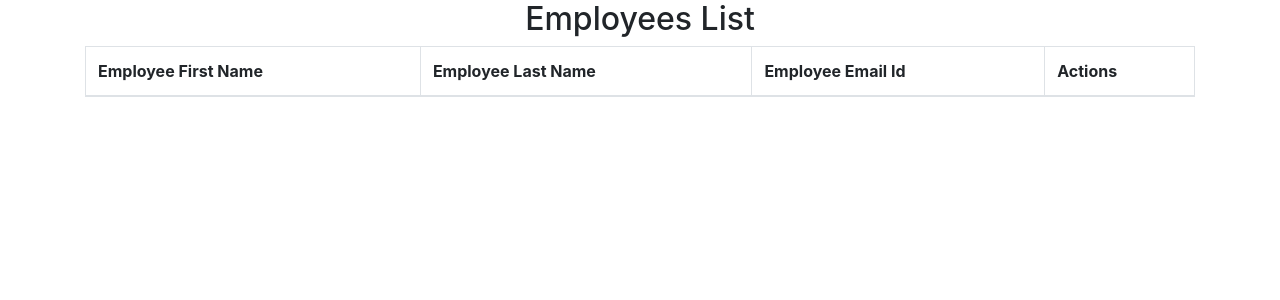
Repository: cavidk/react-springboot-crud-app-front
Page: / (app in react-fontend/)
These files come from the project's save history. The page is drawn as it stood at one moment and after a run of saves; the edit follows.
The browser window is 1280 px wide. The pictures show the whole page.
The page's requests for data from a server got no answer. The project was rebuilt for these pictures with package versions that can differ from the ones it lists, and the page was loaded fresh each time. No one was signed in, and anything a server would have sent is missing. Also part of the build but not shown: react-fontend/src/App.css.

Above is the page before, as saved 2022-09-17 18:13:51.

### react-fontend/public/index.html
<!DOCTYPE html>
<html lang="en">
  <head>
    <meta charset="utf-8" />
    <link rel="icon" href="%PUBLIC_URL%/favicon.ico" />
    <meta name="viewport" content="width=device-width, initial-scale=1" />
    <meta name="theme-color" content="#000000" />
    <meta
      name="description"
      content="Web site created using create-react-app"
    />
    <link rel="apple-touch-icon" href="%PUBLIC_URL%/logo192.png" />
    <!--
      manifest.json provides metadata used when your web app is installed on a
      user's mobile device or desktop. See https://developers.google.com/web/fundamentals/web-app-manifest/
    -->
    <link rel="manifest" href="%PUBLIC_URL%/manifest.json" />
    <!--
      Notice the use of %PUBLIC_URL% in the tags above.
      It will be replaced with the URL of the `public` folder during the build.
      Only files inside the `public` folder can be referenced from the HTML.

      Unlike "/favicon.ico" or "favicon.ico", "%PUBLIC_URL%/favicon.ico" will
      work correctly both with client-side routing and a non-root public URL.
      Learn how to configure a non-root public URL by running `npm run build`.
    -->
    <title>React App</title>
    <link rel="stylesheet" href="https://cdn.jsdelivr.net/npm/bootstrap@4.0.0/dist/css/bootstrap.min.css" integrity="sha384-Gn5384xqQ1aoWXA+058RXPxPg6fy4IWvTNh0E263XmFcJlSAwiGgFAW/dAiS6JXm" crossorigin="anonymous">
  </head>
  <body>
    <noscript>You need to enable JavaScript to run this app.</noscript>
    <div id="root"></div>
    <!--
      This HTML file is a template.
      If you open it directly in the browser, you will see an empty page.

      You can add webfonts, meta tags, or analytics to this file.
      The build step will place the bundled scripts into the <body> tag.

      To begin the development, run `npm start` or `yarn start`.
      To create a production bundle, use `npm run build` or `yarn build`.
    -->
  </body>
</html>

### react-fontend/src/index.js
import React from 'react';
import ReactDOM from 'react-dom/client';
import './index.css';
import App from './App';
import reportWebVitals from './reportWebVitals';


const root = ReactDOM.createRoot(document.getElementById('root'));
root.render(
    <React.StrictMode>
      <App />
    </React.StrictMode>
 );

// If you want to start measuring performance in your app, pass a function
// to log results (for example: reportWebVitals(console.log))
// or send to an analytics endpoint. Learn more: https://bit.ly/CRA-vitals
reportWebVitals();

### react-fontend/src/App.js

import './App.css';
import ListEmployeeComponent from './components/ListEmployeeComponent';

function App() {
  return (
    <div className="container">
    <ListEmployeeComponent />


    </div>
  );
}

export default App;

### react-fontend/src/components/ListEmployeeComponent.jsx
import React, { Component } from 'react'
import EmployeeService from '../services/EmployeeService'

export default class ListEmployeeComponent extends Component {
  constructor(props){
   super(props)

   this.state = {

      employees : []
   }
  }

    componentDidMount(){
       EmployeeService.getEmployees().then((res) => {
          this.setState({employees: res.data});

   });
  }

   render() {
    return (
      <div>
        <h2 className="text-center">Employees List</h2>
        <div className="row"></div>
        <table className="table table-striped table-bordered">
          <thead>
            <tr>
             <th>Employee First Name</th>
             <th>Employee Last Name</th>
             <th>Employee Email Id</th>
             <th>Actions</th>
            </tr>
          </thead>
            <tbody>
               {
                 this.state.employees.map(
                   employee =>
                   <tr key = {employee.id}>
                       <td>{employee.firstName}</td>
                       <td>{employee.lastName}</td>
                       <td>{employee.emailId}</td>
                   </tr>
                 )
               }
            </tbody>
         </table>
      </div>
    )
  }
}

### react-fontend/src/services/EmployeeService.js
import axios from 'axios';

const EMPLOYEE_APP_BASE_URL = "http://localhost:8080/api/v1/employees";

class EmployeeService{
   getEmployees(){
      return axios.get("EMPLOYEE_APP_BASE_URL", this.getEmployees);
   }
}
export default new EmployeeService()

### react-fontend/src/components/HeaderComponent.jsx
import React, { Component } from 'react'

export default class HeaderComponent extends Component {
  render() {

    return (
       <div>
         <header>
           <nav className='navbar navbar-expand-md navbar-dark bg-dark'></nav>
        <div>
            <a href='https://github.com/cavidk' className='navbar-brand'>
              Employee Management App
            </a>
        </div>
         </header>
       </div>
    )
  }
}

Loaded but not shown: react-fontend/src/index.css (common file); react-fontend/src/reportWebVitals.js (common file)

After the next 2 saves:
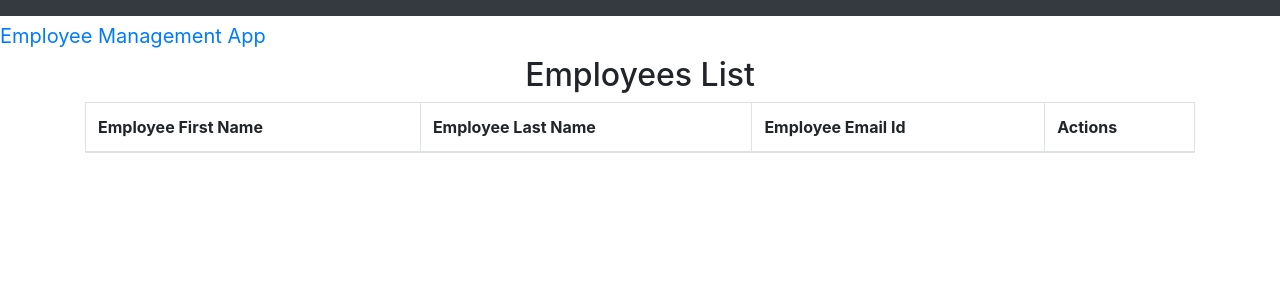
The 2 saves are shown as one change because 1 did not build or start.
The last was saved 29 min 5 s later.
--- a/react-fontend/src/App.js
+++ b/react-fontend/src/App.js
@@ -1,14 +1,17 @@
 
 import './App.css';
 import ListEmployeeComponent from './components/ListEmployeeComponent';
+import HeaderComponent from './components/HeaderComponent';
 
 function App() {
   return (
-    <div className="container">
-    <ListEmployeeComponent />
 
-
-    </div>
+      <div>
+          <HeaderComponent/>
+        <div className="container">
+          <ListEmployeeComponent />
+        </div>
+      </div>
   );
 }
 
